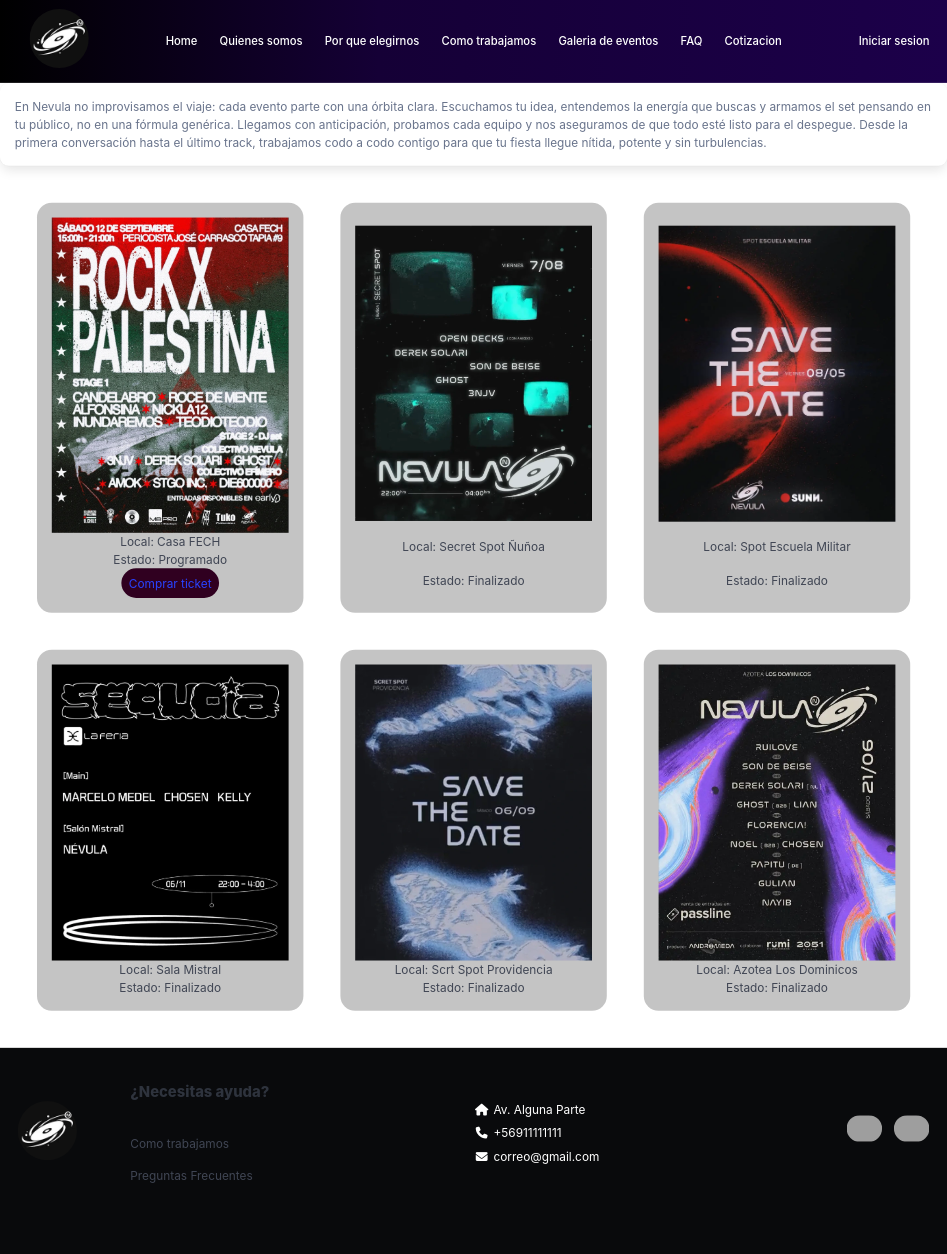
Repository: ChrisMalhue/PaginaNebula
Page: pages/eventos.html
These files come from the project's save history. The page is drawn as it stood at one moment and after the next save; the edit follows.
The browser window is 1280 px wide. The pictures show the whole page, at 74% of full size.
Pictures or frames that could not be fetched are drawn as grey boxes.

Above is the page before, as saved 2026-09-09 21:50:33.

After the next save:
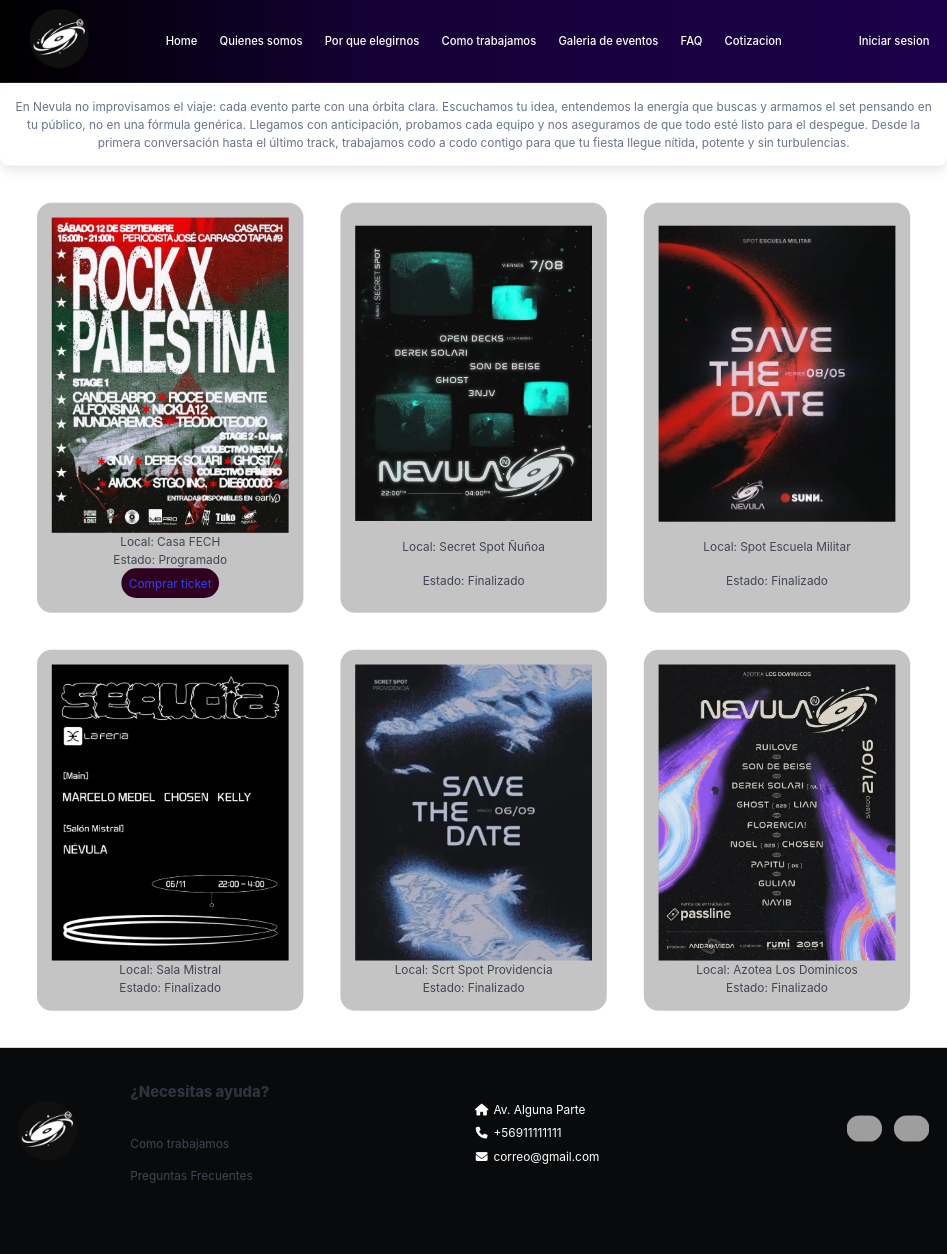
Saved 84 s later.
--- a/styles/style.css
+++ b/styles/style.css
@@ -190,6 +190,10 @@
   transition: 0.3s;
 }
 
+.trabajamos-respuesta{
+  text-align: center;
+}
+
 /* CSS de footer */
 .footer{
   padding: 40px 20px;
